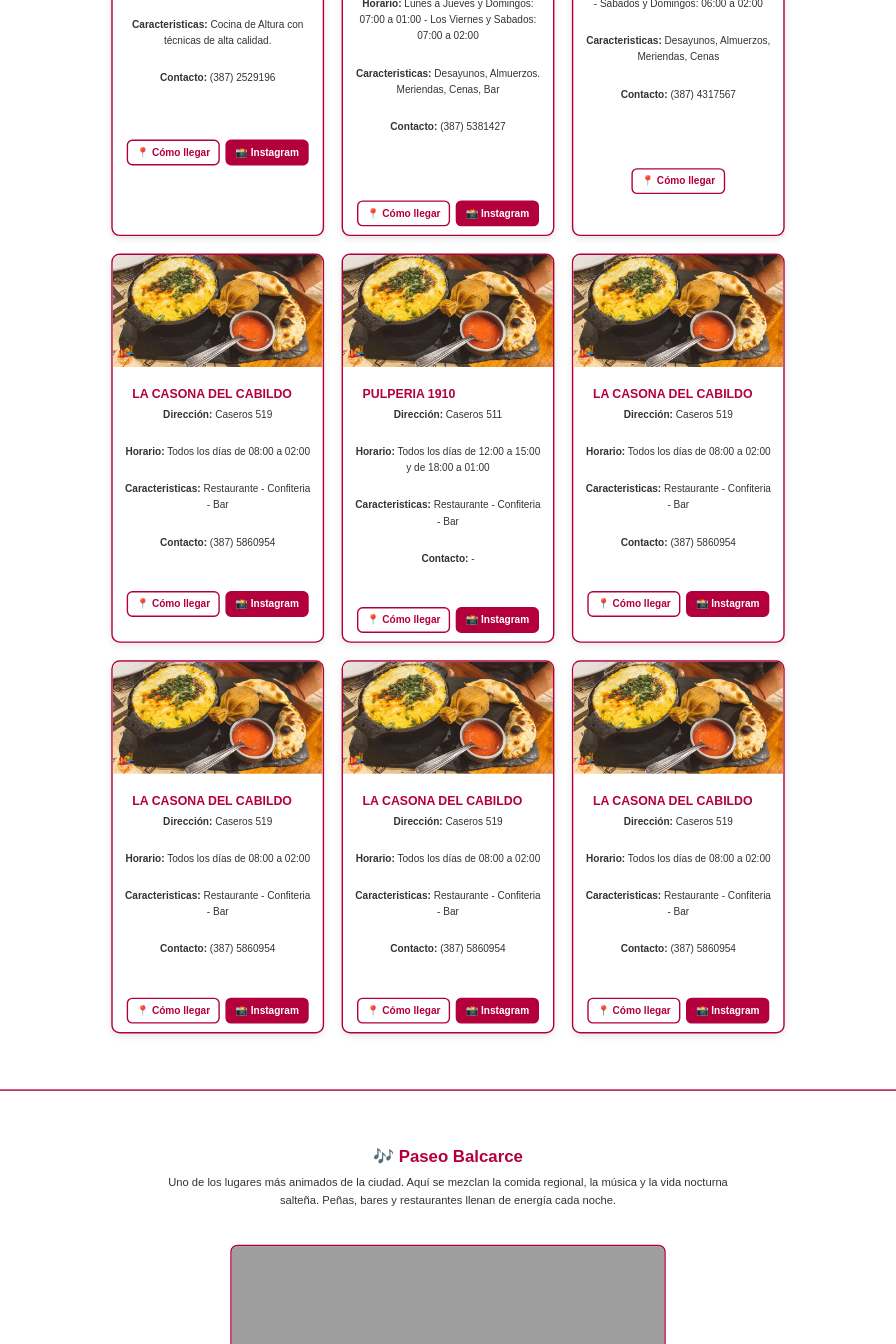
Repository: nahir95/come-en-salta
Page: restaurantes.html
These files come from the project's save history. The page is drawn as it stood at one moment and after the next save; the edit follows.
The browser window is 1280 px wide. The pictures show the part of the page from y = 1436 to 3356 px (the page is 6223 px tall before and 6187 px after), at 70% of full size.
Pictures or frames that could not be fetched are drawn as grey boxes.

Above is the page before, as saved 2025-11-12 02:33:02.

After the next save:
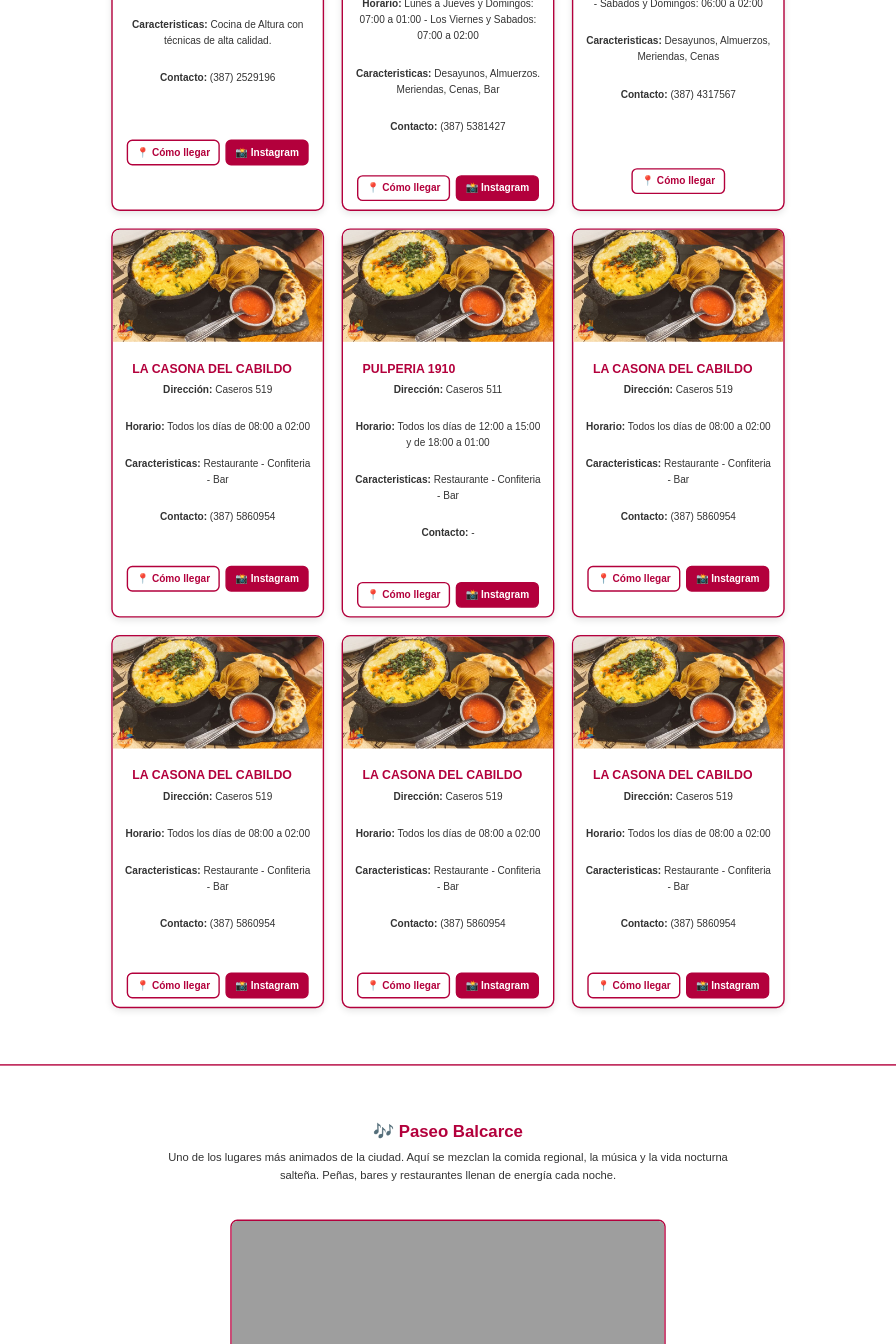
Saved 18 s later.
--- a/restaurantes.html
+++ b/restaurantes.html
@@ -103,7 +103,7 @@
         <p><strong>Dirección:</strong> Bartolome Mitre 37 - Galeria El Palacio</p>
         <p><strong>Horario:</strong> Lunes a Jueves y Domingos: 07:00 a 01:00 - Los Viernes y Sabados: 07:00 a 02:00</p>
         <p><strong>Caracteristicas:</strong> Desayunos, Almuerzos. Meriendas, Cenas, Bar</p>
-        <p><strong>Contacto:</strong> (387) 5381427</p> <br> <br> <br>
+        <p><strong>Contacto:</strong> (387) 5381427</p> <br>
         <div class="btns-resto">
           <a href="https://maps.app.goo.gl/PCjznmCm7fmgmqhf8?g_st=aw" target="_blank" class="btn">📍 Cómo llegar</a>
           <a href="https://www.instagram.com/tunacocina?igsh=bWRpaGdxN2wyMXRj" target="_blank" class="btn btn-secundario">📸 Instagram</a>
